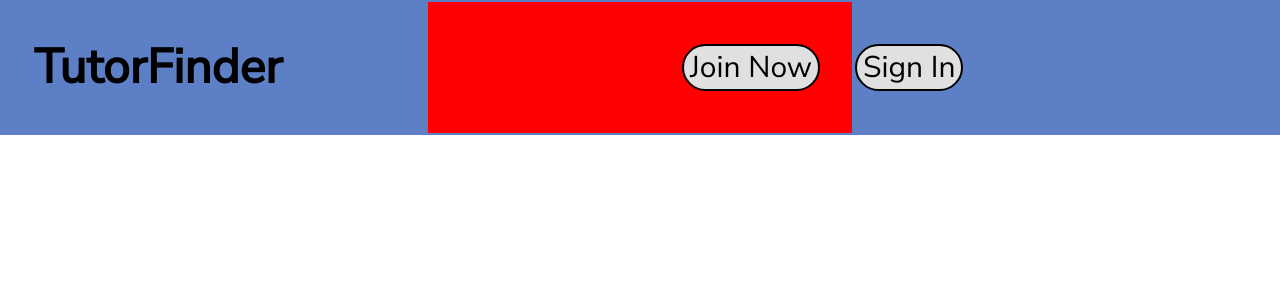
Repository: uprm-inso-4117-2020-2021-s2/semester-project-uprm-inso-4117-2020-2021-s2-team-7
Page: / (app in tutorfinder/)
An editor plug-in stored every save of this project. The page is shown before and after the next save, followed by the edit.
The browser window is 1280 px wide. The pictures show the whole page.
The project was rebuilt for these pictures with package versions that can differ from the ones it lists, and the page was loaded fresh each time. Also part of the build but not shown: tutorfinder/src/App.css.

Above is the page before, as saved 2021-03-29 23:01:31.

After the next save:
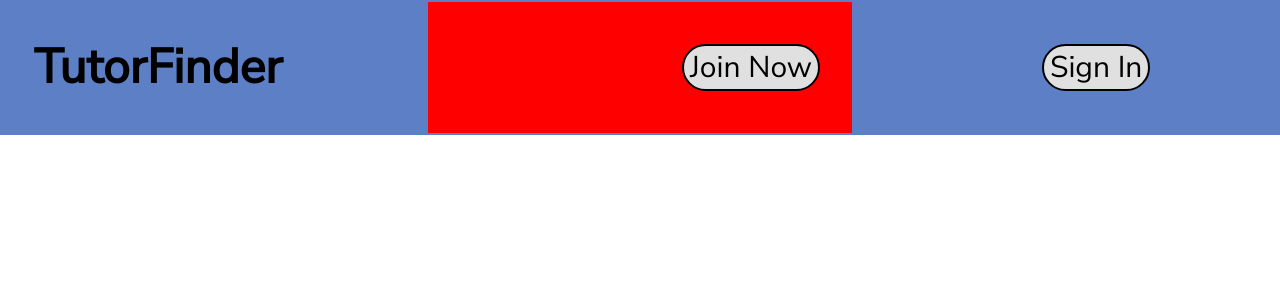
Saved 30 s later.
--- a/tutorfinder/src/Nav.css
+++ b/tutorfinder/src/Nav.css
@@ -37,8 +37,8 @@ padding-left: 2.5%;
 }
 
 .right{
-    /* text-align: right;
-    padding-right: 10%; */
+    text-align: right;
+    padding-right: 10%;
 }
 
 .middle{
